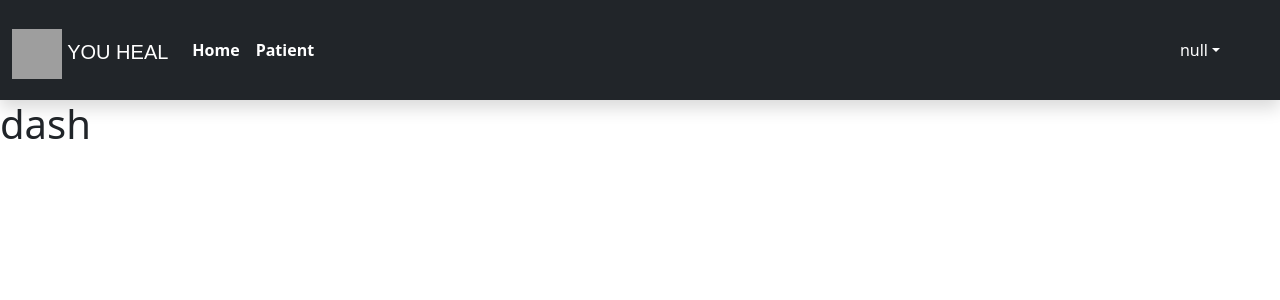
Repository: Akshatayadav/JavaProject
Page: http://localhost/YouHeal/jsp/doctorindex.jsp
The author's editor kept a copy of each file at every save. The page is drawn from the files as they stood at one save, then again after the next save.
The browser window is 1280 px wide. The pictures show the whole page.
Pictures or frames that could not be fetched are drawn as grey boxes. Some web libraries are served in a nearby version. The page is served by Tomcat 9. Nobody is signed in. The application's start-up code is not run. Other server files are loaded and not shown.

Above is the page before, as saved 2023-04-19 05:44:56.

### YouHeal/src/main/webapp/jsp/doctorindex.jsp
<%@ page language="java" contentType="text/html; charset=ISO-8859-1"
    pageEncoding="ISO-8859-1"%>
<!DOCTYPE html>
<html>
<head>
<meta charset="ISO-8859-1">
<title>Insert title here</title>
</head>
<body>
<jsp:include page="doctornav.jsp"></jsp:include>
<h1>dash</h1>
</body>
</html>

### YouHeal/src/main/webapp/jsp/doctornav.jsp
<%@ page language="java" contentType="text/html; charset=ISO-8859-1"
    pageEncoding="ISO-8859-1"%>
<!DOCTYPE html>
<html>
<head>
<meta charset="ISO-8859-1">
<title>Insert title here</title>
<link href="https://cdn.jsdelivr.net/npm/bootstrap@5.3.0-alpha2/dist/css/bootstrap.min.css" rel="stylesheet" integrity="sha384-aFq/bzH65dt+w6FI2ooMVUpc+21e0SRygnTpmBvdBgSdnuTN7QbdgL+OapgHtvPp" crossorigin="anonymous">
   <script src="https://cdn.jsdelivr.net/npm/popper.js@1.12.9/dist/umd/popper.min.js" integrity="sha384-ApNbgh9B+Y1QKtv3Rn7W3mgPxhU9K/ScQsAP7hUibX39j7fakFPskvXusvfa0b4Q" crossorigin="anonymous"></script>
    <script src="https://cdn.jsdelivr.net/npm/bootstrap@5.3.0-alpha2/dist/js/bootstrap.bundle.min.js" integrity="sha384-qKXV1j0HvMUeCBQ+QVp7JcfGl760yU08IQ+GpUo5hlbpg51QRiuqHAJz8+BrxE/N" crossorigin="anonymous"></script>
</head>
<body>
<%
String user=(String)session.getAttribute("user");
%>
<!-- Navbar -->
<nav class="navbar navbar-expand-sm sticky-top navbar-dark bg-dark text-white  shadow">
  <!-- Container wrapper -->
  <div class="container-fluid">
    <!-- Toggle button -->
    <button
      class="navbar-toggler"
      type="button"
      data-mdb-toggle="collapse"
      data-mdb-target="#navbarSupportedContent"
      aria-controls="navbarSupportedContent"
      aria-expanded="false"
      aria-label="Toggle navigation"
    >
      <i class="fas fa-bars"></i>
    </button>

    <!-- Collapsible wrapper -->
    <div class="collapse navbar-collapse" id="navbarSupportedContent">
      <!-- Navbar brand -->
      <a class="navbar-brand mt-6 fas mt-lg-3 h2 " style="font-family:sans-serif;yy ; ;"href="#">
        <img
          src="https://mdbcdn.b-cdn.net/img/Photos/new-templates/bootstrap-login-form/lotus.webp"
          height="50" width="50"
          alt="MDB Logo"
          loading="lazy"
        /> YOU HEAL
      </a>
      <!-- Right links -->
      <ul class="navbar-nav me-auto mb-2 mb-xl-0 ">

        <li class="nav-item">
          <b><a class="nav-link active" href="home.jsp">Home</a></b>
        </li>
        <li class="nav-item">
          <b><a class="nav-link active" href="patient.jsp">Patient</a></b>
        </li>
      </ul>
      <!-- Right links -->
    </div>
    <!-- Collapsible wrapper -->

   <div class="btn-group">

    <a href="#" class="nav-link dropdown-toggle mx-5" role="button" data-bs-toggle="dropdown"><%=user %></a>
                        <ul class="dropdown-menu">
                        	<li>
                                <a href="/YouHeal/AdminLogin?action=logout" class="dropdown-item">Edit</a>
                            </li>
                            <li>
                                <a href="/YouHeal/AdminLogin?action=logout" class="dropdown-item">Logout</a>
                            </li>


                        </ul>
</div>
  </div>
  <!-- Container wrapper -->
</nav>
<!-- Navbar -->
</body>
</html>

After the next save:
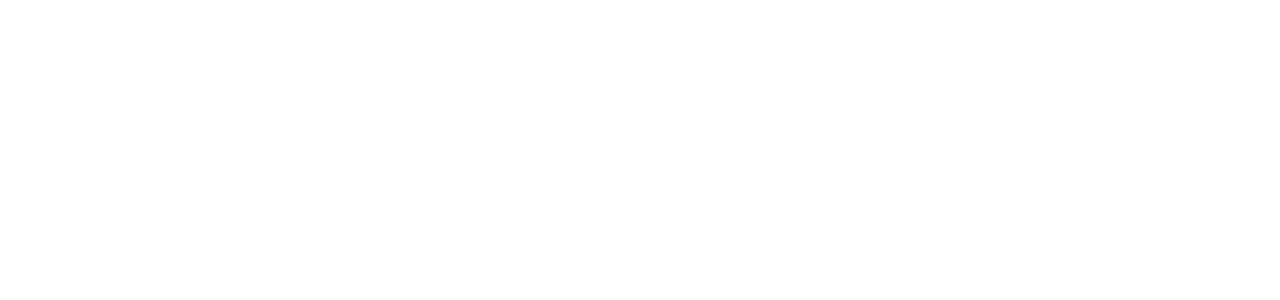
Saved 9 h 48 min later.
--- a/YouHeal/src/main/webapp/jsp/doctorindex.jsp
+++ b/YouHeal/src/main/webapp/jsp/doctorindex.jsp
@@ -7,7 +7,13 @@
 <title>Insert title here</title>
 </head>
 <body>
+<%
+String user=(String)session.getAttribute("user");
+if(user!=null){
+%>
 <jsp:include page="doctornav.jsp"></jsp:include>
 <h1>dash</h1>
+
+<%} %>
 </body>
 </html>

After the save that followed:
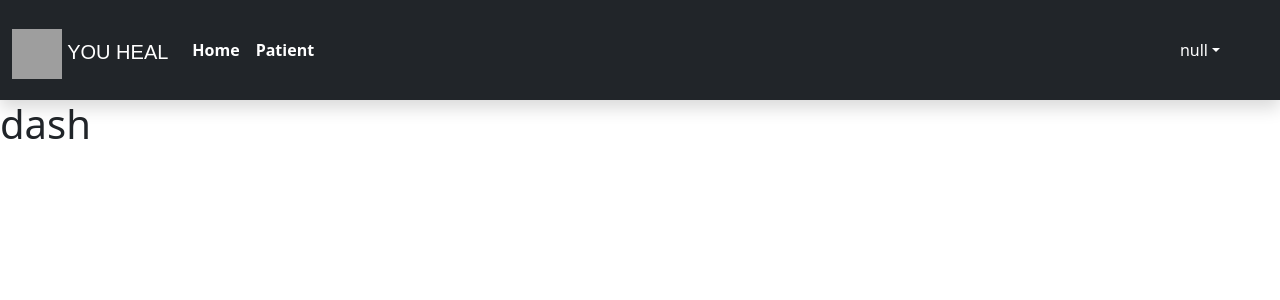
Saved 2 min 4 s later.
--- a/YouHeal/src/main/webapp/jsp/doctorindex.jsp
+++ b/YouHeal/src/main/webapp/jsp/doctorindex.jsp
@@ -9,11 +9,11 @@
 <body>
 <%
 String user=(String)session.getAttribute("user");
-if(user!=null){
+
 %>
 <jsp:include page="doctornav.jsp"></jsp:include>
 <h1>dash</h1>
 
-<%} %>
+<% %>
 </body>
 </html>
